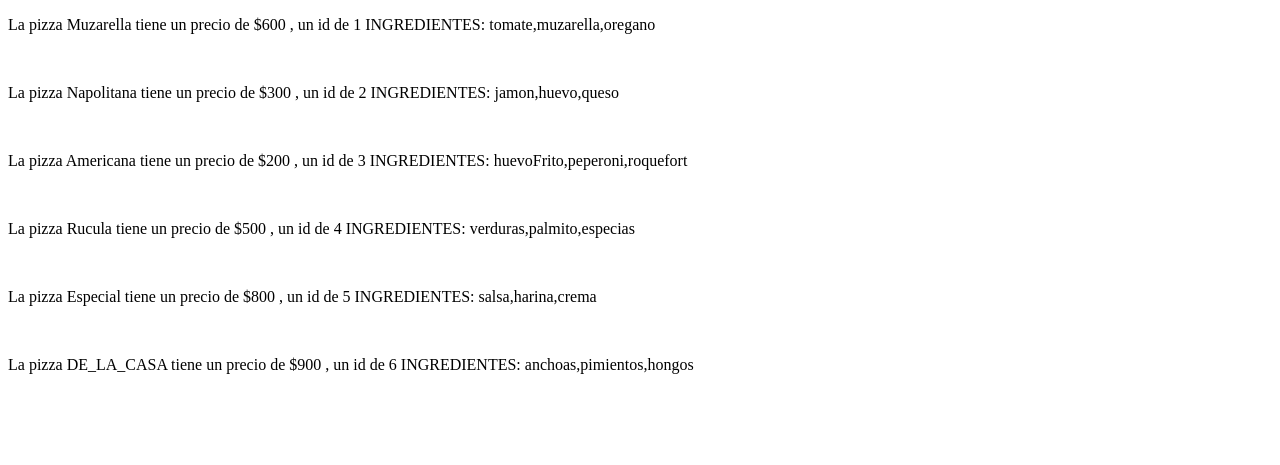
Repository: lucas-itup/E1-JAVASCRIPT
Page: index.html
An editor plug-in stored every save of this project. The page is shown before and after the next save, followed by the edit.
The browser window is 1280 px wide. The pictures show the whole page.

Above is the page before, as saved 2022-08-15 18:50:58.

### index.html
<!DOCTYPE html>
<html lang="en">

<head>
    <meta charset="UTF-8">
    <meta http-equiv="X-UA-Compatible" content="IE=edge">
    <meta name="viewport" content="width=device-width, initial-scale=1.0">

    <title>Document</title>
</head>

<body>
    <div id="listado-pizzas">

    </div>
    <script src="/assets/index.js"></script>
</body>

</html>

### assets/index.js
let pizza1 = {
    id: '1',
    nombre: 'Muzarella',
    ingredientes: [
        'tomate', 'muzarella', 'oregano'
    ],
    precio: '600'
}
let pizza2 = {
    id: '2',
    nombre: 'Napolitana',
    ingredientes: [
        'jamon', 'huevo', 'queso'
    ],
    precio: '300'
}
let pizza3 = {
    id: '3',
    nombre: 'Americana',
    ingredientes: [
        'huevoFrito', 'peperoni', 'roquefort'
    ],
    precio: '200'
}
let pizza4 = {
    id: '4',
    nombre: 'Rucula',
    ingredientes: [
        'verduras', 'palmito', 'especias'
    ],
    precio: '500'
}
let pizza5 = {
    id: '5',
    nombre: 'Especial',
    ingredientes: [
        'salsa', 'harina', 'crema'
    ],
    precio: '800'
}
let pizza6 = {
    id: '6',
    nombre: 'DE_LA_CASA',
    ingredientes: [
        'anchoas', 'pimientos', 'hongos'
    ],
    precio: '900'
}

let pizzas = [pizza1, pizza2, pizza3, pizza4, pizza5, pizza6]
let impares = [];
let menores = [];
let listado = document.getElementById('listado-pizzas');
console.log(listado)
pizzas.forEach(function pizza(e, i, array) {

    //pizzas con id impar
    if (e.id % 2 == 1) impares.push(e.nombre)

    //pizzas menores a $600
    if (e.precio < "600") menores.push(e.nombre)

    console.log('La pizza ' + e.nombre + ' tiene un precio de $' + e.precio + ' , un id de ' + e.id + ' INGREDIENTES: ' + e.ingredientes.join())
    listado.innerHTML += '<p>La pizza ' + e.nombre + ' tiene un precio de $' + e.precio + ' , un id de ' + e.id + ' INGREDIENTES: ' + e.ingredientes.join() + '</p><br>'
})

console.log('Las pizzas que tienen un id impar son: ' + impares.join());
console.log('Las pizzas con un valor menor a $600 son: ' + menores.join());

After the next save:
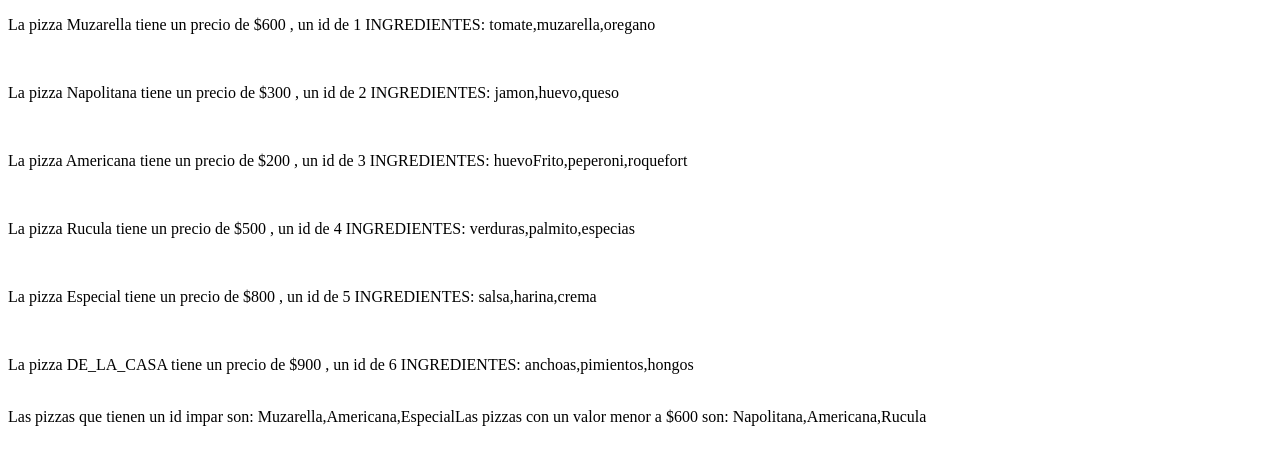
Saved 2 min 11 s later.
--- a/assets/index.js
+++ b/assets/index.js
@@ -66,3 +66,6 @@ pizzas.forEach(function pizza(e, i, array) {
 
 console.log('Las pizzas que tienen un id impar son: ' + impares.join());
 console.log('Las pizzas con un valor menor a $600 son: ' + menores.join());
+
+listado.innerHTML += 'Las pizzas que tienen un id impar son: ' + impares.join();
+listado.innerHTML += 'Las pizzas con un valor menor a $600 son: ' + menores.join();
